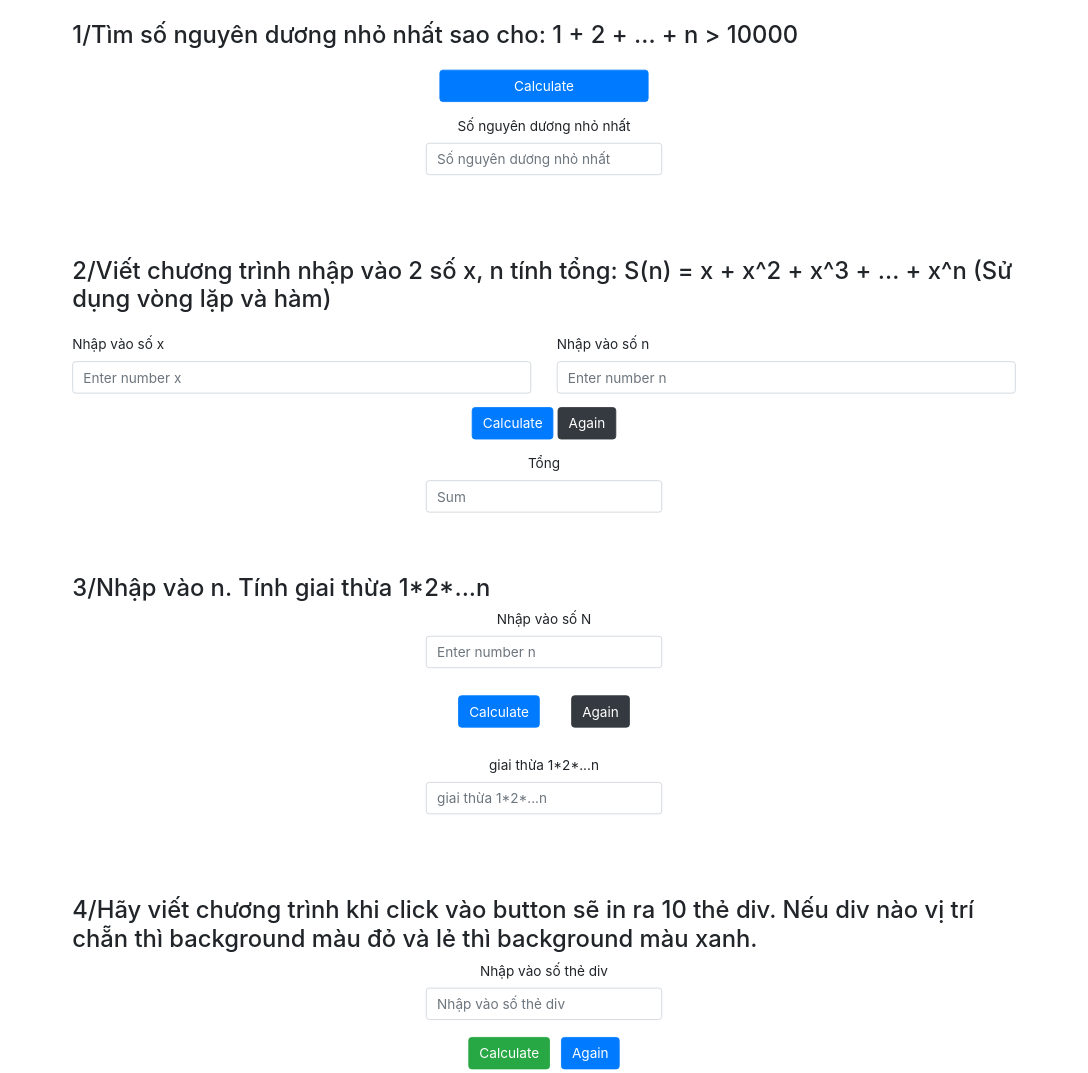
Repository: baobaodeveloper/bootcamp21__loop__HuynhAnhBao
Page: index.html
These files come from the project's save history. The page is drawn as it stood at one moment and after the next save; the edit follows.
The browser window is 1280 px wide. The pictures show the whole page, at 85% of full size.

Above is the page before, as saved 2022-03-17 19:30:49.
Console error: SyntaxError: Unexpected token '}'

### index.html
<!DOCTYPE html>
<html lang="en">
  <head>
    <title>Exercise Js</title>
    <!-- Required meta tags -->
    <meta charset="utf-8" />
    <meta
      name="viewport"
      content="width=device-width, initial-scale=1, shrink-to-fit=no"
    />

    <!-- Bootstrap CSS -->
    <link
      rel="stylesheet"
      href="https://stackpath.bootstrapcdn.com/bootstrap/4.3.1/css/bootstrap.min.css"
      integrity="sha384-ggOyR0iXCbMQv3Xipma34MD+dH/1fQ784/j6cY/iJTQUOhcWr7x9JvoRxT2MZw1T"
      crossorigin="anonymous"
    />
  </head>
  <body>
    <!--1/Tìm số nguyên dương nhỏ nhất sao cho:
    1 + 2 + … + n > 10000-->
    <div class="container mt-4">
      <h3>1/Tìm số nguyên dương nhỏ nhất sao cho: 1 + 2 + … + n > 10000</h3>
      <div class="mb-3 flex-md-column d-flex w-25 m-auto text-center">
        <button type="button" id="min-number" class="btn btn-primary m-3">
          Calculate
        </button>
        <label class="form-label">Số nguyên dương nhỏ nhất</label>
        <input
          type="text"
          class="form-control"
          id="result1"
          placeholder="Số nguyên dương nhỏ nhất"
        />
      </div>
    </div>

    <!--2/Viết chương trình nhập vào 2 số x, n tính tổng: S(n) = x + x^2 + x^3 + … + x^n (Sử
    dụng vòng lặp và hàm)-->
    <div class="container mt-5 pt-5">
      <h3>
        2/Viết chương trình nhập vào 2 số x, n tính tổng: S(n) = x + x^2 + x^3 +
        … + x^n (Sử dụng vòng lặp và hàm)
      </h3>
      <div class="row mt-4">
        <div class="col">
          <label class="form-label">Nhập vào số x</label>
          <input
            type="number"
            class="form-control"
            placeholder="Enter number x"
            id="number-x"
          />
        </div>
        <div class="col">
          <label class="form-label">Nhập vào số n</label>
          <input
            type="number"
            class="form-control"
            placeholder="Enter number n"
            id="number-n"
          />
        </div>
      </div>

      <div class="m-3 text-center">
        <button type="button" id="calculate-sum" class="btn btn-primary">
          Calculate
        </button>
        <button type="button" id="calculate-sum-again" class="btn btn-dark">
          Again
        </button>
      </div>

      <div class="w-25 m-auto text-center">
        <label class="form-label">Tổng</label>
        <input
          type="text"
          class="form-control"
          id="result2"
          placeholder="Sum"
        />
      </div>
    </div>

    <!--3/Nhập vào n. Tính giai thừa 1*2*...n-->
    <div class="container mt-4 pt-5">
      <h3>3/Nhập vào n. Tính giai thừa 1*2*...n</h3>
      <div class="w-25 m-auto text-center">
        <label class="form-label">Nhập vào số N</label>
        <input
          type="email"
          class="form-control"
          id="num-enter"
          placeholder="Enter number n"
        />
      </div>
      <div class="mb-3 flex-md-column d-flex w-25 m-auto text-center">
        <div class="m-3">
          <button
            type="button"
            id="calculate-num-n"
            class="btn btn-primary m-3"
          >
            Calculate
          </button>
          <button
            type="button"
            id="calculate-num-n-again"
            class="btn btn-dark m-3"
          >
            Again
          </button>
        </div>
        <label class="form-label">giai thừa 1*2*...n</label>
        <input
          type="text"
          class="form-control"
          id="result3"
          placeholder="giai thừa 1*2*...n"
        />
      </div>
    </div>

    <!--4/Hãy viết chương trình khi click vào button sẽ in ra 10 thẻ div. Nếu div nào vị trí chẵn thì
    background màu đỏ và lẻ thì background màu xanh.-->
    <div class="container mt-5 pt-5">
      <h3>
        4/Hãy viết chương trình khi click vào button sẽ in ra 10 thẻ div. Nếu
        div nào vị trí chẵn thì background màu đỏ và lẻ thì background màu xanh.
      </h3>
      <div class="mb-3 flex-md-column d-flex w-25 m-auto text-center">
        <label class="form-label">Nhập vào số thẻ div</label>
        <input
          type="number"
          class="form-control"
          id="number-div"
          placeholder="Nhập vào số thẻ div"
        />
      </div>
      <div class="text-center mt-3">
        <button type="button" id="creat-div" class="btn btn-success m-1">
          Calculate
        </button>
        <button type="button" id="creat-div-again" class="btn btn-primary m-1">
          Again
        </button>
      </div>
      <div id="result4"></div>
    </div>

    <!-- Optional JavaScript -->
    <!-- jQuery first, then Popper.js, then Bootstrap JS -->
    <script
      src="https://code.jquery.com/jquery-3.3.1.slim.min.js"
      integrity="sha384-q8i/X+965DzO0rT7abK41JStQIAqVgRVzpbzo5smXKp4YfRvH+8abtTE1Pi6jizo"
      crossorigin="anonymous"
    ></script>
    <script
      src="https://cdnjs.cloudflare.com/ajax/libs/popper.js/1.14.7/umd/popper.min.js"
      integrity="sha384-UO2eT0CpHqdSJQ6hJty5KVphtPhzWj9WO1clHTMGa3JDZwrnQq4sF86dIHNDz0W1"
      crossorigin="anonymous"
    ></script>
    <script
      src="https://stackpath.bootstrapcdn.com/bootstrap/4.3.1/js/bootstrap.min.js"
      integrity="sha384-JjSmVgyd0p3pXB1rRibZUAYoIIy6OrQ6VrjIEaFf/nJGzIxFDsf4x0xIM+B07jRM"
      crossorigin="anonymous"
    ></script>

    <!-- <script src="exercise1.js"></script> -->
    <!-- <script src="exercise2.js"></script> -->
    <!-- <script src="exercise3.js"></script> -->
    <script src="exercise4.js"></script>
  </body>
</html>

### exercise4.js
const numDiv = document.getElementById("number-div");
const result4 = document.getElementById("result4");

document.getElementById("creat-div").addEventListener("click", () => {
  if (!numDiv.value) return;

  const numDivValue = +numDiv.value;

  for(let i = 1; i <= numDivValue; i++) {
      if(i % 2 === 0) {
          result4.innerHTML =
      }
  }
});

After the next save:
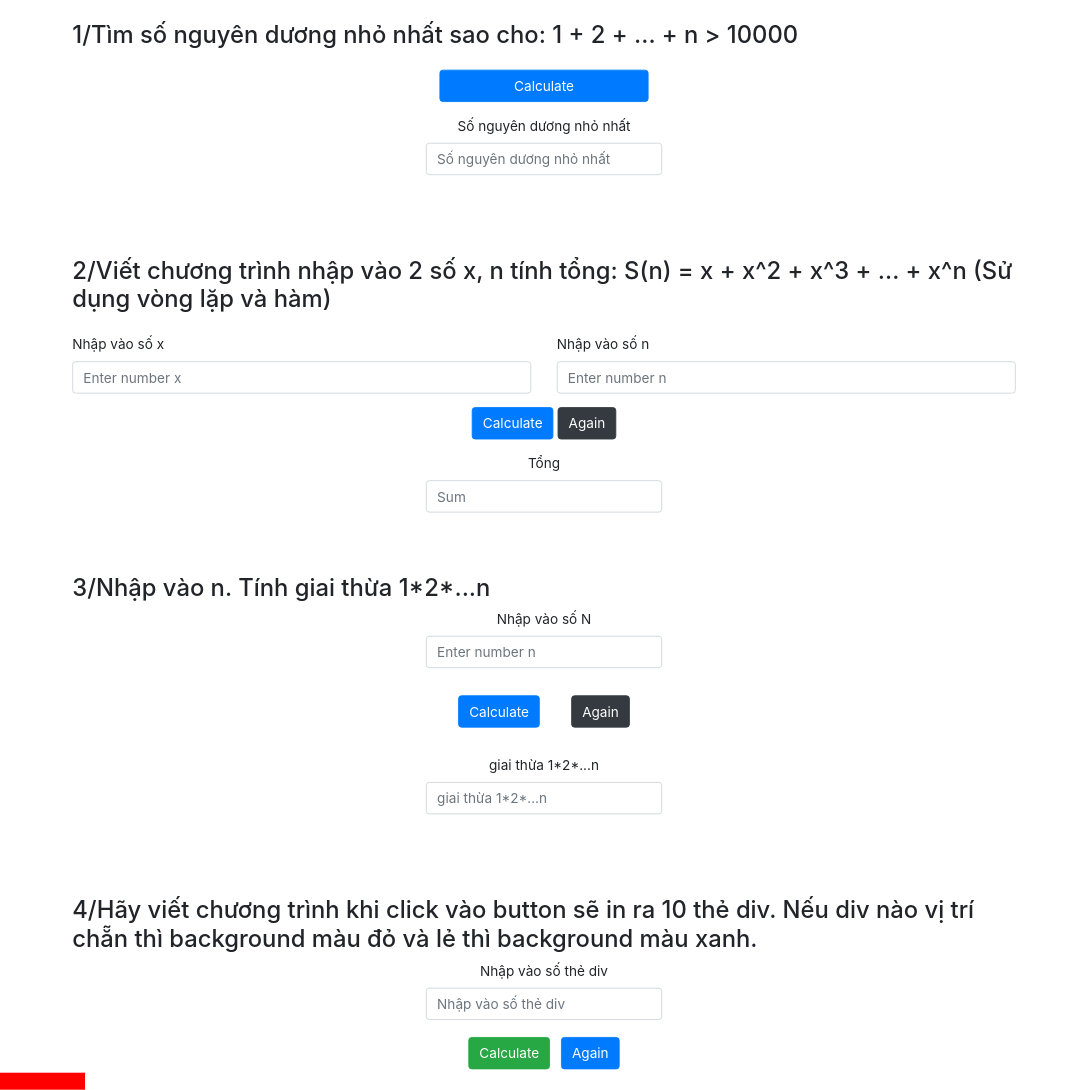
Saved 55 s later.
--- a/index.html
+++ b/index.html
@@ -149,6 +149,7 @@
       </div>
       <div id="result4"></div>
     </div>
+    <div style="height: 20px; width: 100px; background-color: red"></div>
 
     <!-- Optional JavaScript -->
     <!-- jQuery first, then Popper.js, then Bootstrap JS -->
